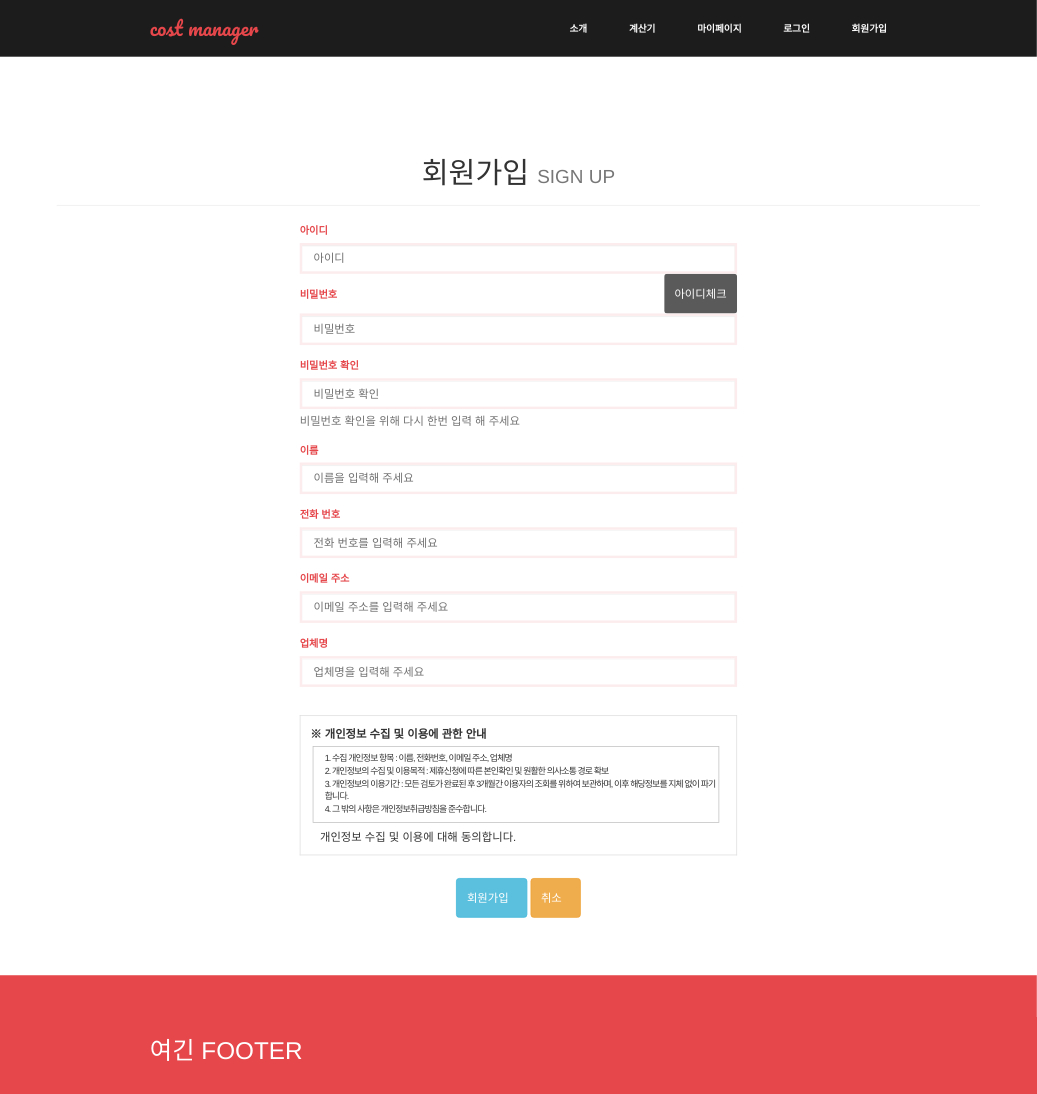
Repository: sseongsu/web1
Page: http://localhost/Project/WEB-INF/views/join.jsp
The author's editor kept a copy of each file at every save. The page is drawn from the files as they stood at one save, then again after the next save.
The browser window is 1280 px wide. The pictures show the whole page, at 81% of full size.
Some icons come from a web library that is not loaded, so they are not drawn. Some web fonts or font styles are not loaded; a fallback is used. Some web libraries are served in a nearby version. The page is served by Tomcat 9. Nobody is signed in. The template is opened directly, without the code that normally fills it, so the values that code supplies are empty.

Above is the page before, as saved 2021-03-12 05:48:21.

After the next save:
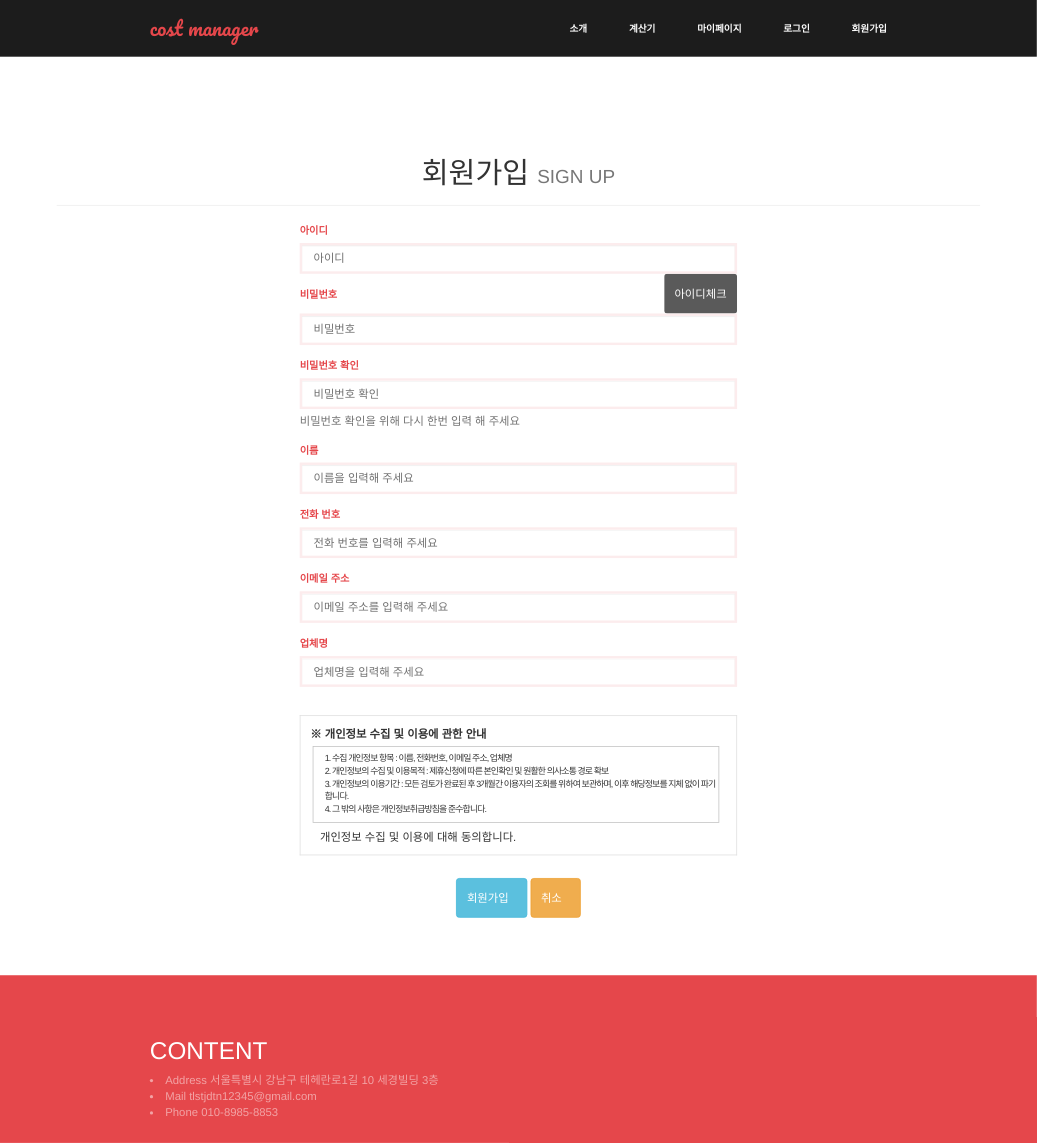
Saved 10 s later.
--- a/Project/src/main/webapp/WEB-INF/views/join.jsp
+++ b/Project/src/main/webapp/WEB-INF/views/join.jsp
@@ -31,13 +31,18 @@
 
 
 	<!-- Footer -->
-	<section id="footer">
-		<div class="inner">
-			<header>
-				<h2>여긴 footer</h2>
-			</header>
-		</div>
-	</section>
+			<section id="footer">
+				<div class="inner">
+					<header>
+						<h2>Content</h2>
+					</header>
+
+						<li class="first"><span class="address">Address</span> <span class="address-01">서울특별시 강남구 테헤란로1길 10 세경빌딩 3층</span> </li>
+						<li> <span class="mail">Mail</span> <span class="mail-01">tlstjdtn12345@gmail.com</span> </li>
+						<li> <span class="phone">Phone</span> <span class="phone-01">010-8985-8853</span> </li>
+
+				</div>
+			</section>
 
 	<script src="assets/js/jquery.min.js"></script>
 	<script src="assets/js/skel.min.js"></script>
